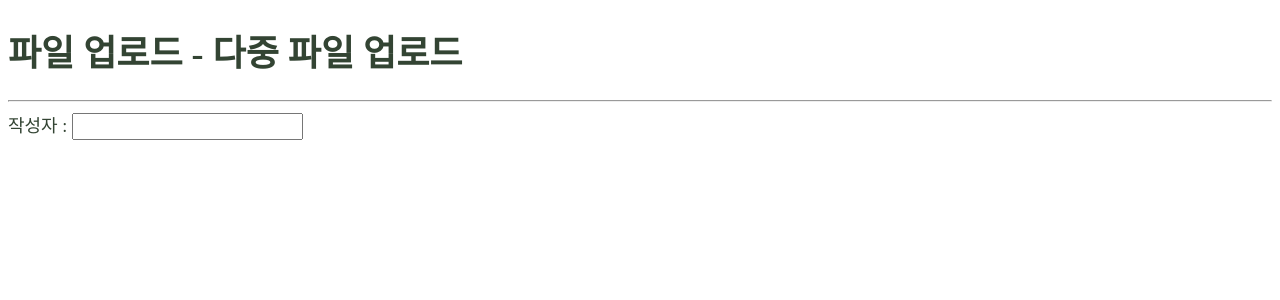
Repository: yeooon/SpringMVC-Study
Page: http://localhost/FilesystemApp08/Test.jsp
These files come from the project's save history. The page is drawn as it stood at one moment and after the next save; the edit follows.
The browser window is 1280 px wide. The pictures show the whole page.
The page is served by Tomcat 9.

Above is the page before, as saved 2022-06-14 01:12:24.

### FilesystemApp08/WebContent/Test.jsp
<%@ page contentType="text/html; charset=UTF-8"%>
<%@ taglib prefix="c" uri="http://java.sun.com/jsp/jstl/core"%>
<%
	request.setCharacterEncoding("UTF-8");
	String cp = request.getContextPath();
%>
<!DOCTYPE html>
<html>
<head>
<meta charset="UTF-8">
<title>Test.jsp</title>
<link rel="stylesheet" type="text/css" href="css/main.css">
</head>
<body>

<div>
	<h1>파일 업로드 - 다중 파일 업로드</h1>
	<hr />
</div>

<div>
	<form action="">
		작성자 : <input type="text" name="userName"/>
	</form>
</div>


</body>
</html>

### FilesystemApp08/WebContent/css/main.css
@charset "UTF-8";



*
{
	font-family: 맑은 고딕;
	color: #343;

}

body, p, div, span, input, table, th, td, selet
{
	font-size: 18px;
}

.control
{
	border: 1px solid gray;
	border-radius: 3px;
}

.table
{
	border-collapse: collapse;
	width: 100%;
}

.table th, .table td
{
	border: 1px solid gray;
	border-left: 0px;
	border-right: 0px;
	padding: 3px;
	line-height: 150%
}

.table th
{
	font-weight: bold;
	background-color: #EEE;
}

.btn
{
	font-weight: bold;
}

.btn:hover
{
	color: white;
	background-color: #787;
}

After the next save:
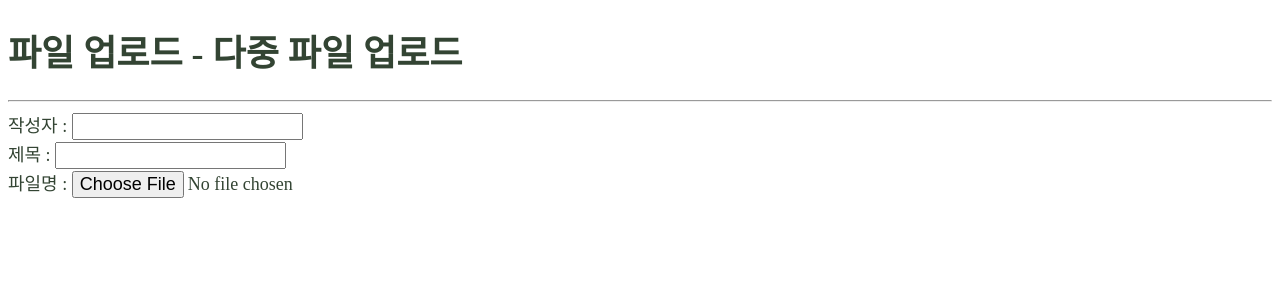
Saved 29 s later.
--- a/FilesystemApp08/WebContent/Test.jsp
+++ b/FilesystemApp08/WebContent/Test.jsp
@@ -20,7 +20,9 @@
 
 <div>
 	<form action="">
-		작성자 : <input type="text" name="userName"/>
+		작성자 : <input type="text" name="userName"/><br />
+		제목 : <input type="text" name="subject"/><br />
+		파일명 : <input type="file" name="subject"/><br />
 	</form>
 </div>
 
